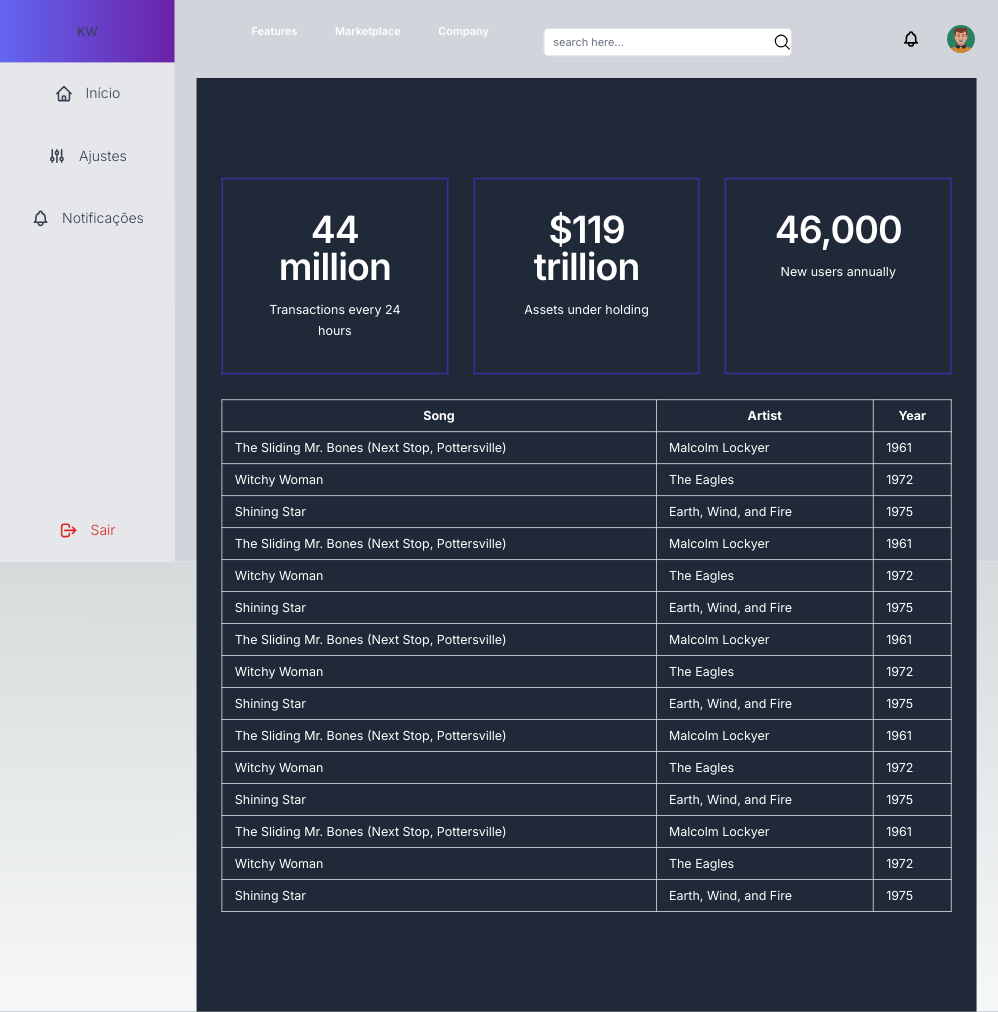
Repository: KennedyWanderson/AdminDashboard
Page: / (app in Code/admindashboard/)
The author's editor kept a copy of each file at every save. The page is drawn from the files as they stood at one save, then again after the next save.
The browser window is 1280 px wide. The pictures show the whole page, at 78% of full size.
The project was rebuilt for these pictures with package versions that can differ from the ones it lists, and the page was loaded fresh each time. The framework's server and built-in components were replaced by stand-ins that run in the browser. Also part of the build but not shown: Code/admindashboard/next.config.mjs.

Above is the page before, as saved 2024-06-23 16:15:45.

### Code/admindashboard/src/app/layout.js
import { Inter } from "next/font/google";
import "./globals.css";

const inter = Inter({ subsets: ["latin"] });

export const metadata = {
  title: "Admin Dashboard",
  description: "Generated by Kennedy Wanderson",
};

export default function RootLayout({ children }) {
  return (
    <html lang="en">
      <body className={inter.className}>{children}</body>
    </html>
  );
}

### Code/admindashboard/src/app/page.js
import Layout from "@/components/Layout";

export default function Home() {
  return (
    <Layout>
      Content
    </Layout>
  )
}

### Code/admindashboard/src/components/Layout.jsx
"use client";

import { useState } from "react";
import Content from "./Content";
import Header from "./Header";
import LateralMenu from "./LateralMenu";
import HomePage from "./Home";


export default function Layout() {
    const [activeComponent, setActiveComponent] = useState("HomePage");

    const renderActiveComponent = () => {
        switch (activeComponent) {
            case "HomePage":
                return <HomePage />;
            default:
                return <HomePage />;
        }
    };

    return (
        <div className={`flex h-screen w-screen`}>
            <LateralMenu setActiveComponent={setActiveComponent} />
            <div className={`
                flex flex-col w-full p-7
                bg-gray-300 dark:bg-gray-800
            `}>
                <Header />
                <Content>
                    {renderActiveComponent()}
                </Content>
            </div>
        </div>
    );
}

### Code/admindashboard/src/components/Content.jsx
export default function Content({ children }) {
    return (
        <div className={`
            flex flex-col mt-7
            dark:text-gray-200
        `}>
            {children}
        </div>
    );
}

### Code/admindashboard/src/components/Header.jsx
import AvatarUsuario from "./UserAvatar";
import { IconeSearch, IconeSino } from "./icons";

export default function Header({ titulo, subtitulo }) {


    return (
        <div className={`flex`}>
            <div>
                <h1 className={`
                font-black text-3xl
                text-gray-900 dark:text-gray-100
            `}>
                    {titulo}
                </h1>
                <h2 className={`
                font-light text-sm
                dark:text-gray-300
            `}>
                    {subtitulo}
                </h2>
            </div>
            <header className="flex flex-grow justify-center text-white">
                <nav className=" justify-center" aria-label="Global">

                    <div className="hidden lg:flex lg:gap-x-12">

                        <a href="#" className="text-sm font-semibold leading-6 text-white">Features</a>
                        <a href="#" className="text-sm font-semibold leading-6 text-white">Marketplace</a>
                        <a href="#" className="text-sm font-semibold leading-6 text-white">Company</a>
                    </div>


                </nav>

            </header>
            <div>
                <div className="relative mt-2 rounded-md shadow-sm">
                    <div className="pointer-events-none absolute inset-y-0 left-0 flex items-center pl-3">
                        <span className="text-gray-500 sm:text-sm">search here...</span>
                    </div>
                    <input type="text" name="search" id="search" className="block w-full rounded-md border-0 py-1.5 pl-7 pr-20 text-gray-900 ring-1 ring-inset ring-gray-300 placeholder:text-gray-400 focus:ring-2 focus:ring-inset focus:ring-indigo-600 sm:text-sm sm:leading-6" />
                    <div className="absolute inset-y-0 right-0 flex items-center">
                        {IconeSearch}
                    </div>
                </div>
            </div>

            <div className={`flex flex-grow justify-end items-center gap-8`}>

                {IconeSino}
                <AvatarUsuario />
            </div>
        </div>
    )
}

### Code/admindashboard/src/components/LateralMenu.jsx
"use client";

import MenuItem from "./ItemMenu";
import { IconeAjustes, IconeCasa, IconeSair, IconeSino } from "./icons";

export default function LateralMenu({ setActiveComponent }) {
    return (
        <aside className={`
            flex flex-col items-center
            bg-gray-200 text-gray-700
            dark:bg-gray-900
        `}>
            <div className={`
                flex flex-col items-center justify-center
                bg-gradient-to-r from-indigo-500 to-purple-800
                h-20 w-56
            `}>
                KW
            </div>
            <ul className="flex-grow">
                <MenuItem
                    texto="Início"
                    icone={IconeCasa}
                    onClick={() => setActiveComponent('HomePage')}
                />
                <MenuItem
                    texto="Ajustes"
                    icone={IconeAjustes}
                    onClick={() => setActiveComponent('Ajustes')}
                />
                <MenuItem
                    texto="Notificações"
                    icone={IconeSino}
                    onClick={() => setActiveComponent('Notificacoes')}
                />
            </ul>
            <ul>
                <MenuItem
                    texto="Sair"
                    icone={IconeSair}
                    className={`
                        text-red-600 dark:text-red-400
                        hover:bg-red-400 hover:text-white
                        dark:hover:text-white
                    `}
                />
            </ul>
        </aside>
    );
}

### Code/admindashboard/src/components/Home.jsx
export default function HomePage() {
    return (
        <div className="py-24 sm:py-32 bg-gray-800">
            <div className="mx-auto max-w-7xl px-6 lg:px-8">
                <dl className="grid grid-cols-1 gap-x-8 gap-y-16 text-center lg:grid-cols-3">
                    <div className="mx-auto flex max-w-xs flex-col w-full border-2 p-10 border-indigo-800 gap-y-4">
                        <dt className="text-base leading-7 text-white">Transactions every 24 hours</dt>
                        <dd className="order-first text-3xl font-semibold tracking-tight text-white sm:text-5xl">44 million</dd>
                    </div>
                    <div className="mx-auto flex max-w-xs flex-col w-full border-2 p-10 border-indigo-800 gap-y-4">
                        <dt className="text-base leading-7 text-white">Assets under holding</dt>
                        <dd className="order-first text-3xl font-semibold tracking-tight text-white sm:text-5xl">$119 trillion</dd>
                    </div>
                    <div className="mx-auto flex max-w-xs flex-col w-full border-2 p-10 border-indigo-800 gap-y-4">
                        <dt className="text-base leading-7 text-white">New users annually</dt>
                        <dd className="order-first text-3xl font-semibold tracking-tight text-white sm:text-5xl">46,000</dd>
                    </div>
                </dl>

                <table className="table-auto w-full mt-8 text-white">
                    <thead>
                        <tr className="">
                            <th className="px-4 py-2 border">Song</th>
                            <th className="px-4 py-2 border">Artist</th>
                            <th className="px-4 py-2 border">Year</th>
                        </tr>
                    </thead>
                    <tbody>
                        <tr className="">
                            <td className="px-4 py-2 border">The Sliding Mr. Bones (Next Stop, Pottersville)</td>
                            <td className="px-4 py-2 border">Malcolm Lockyer</td>
                            <td className="px-4 py-2 border">1961</td>
                        </tr>
                        <tr className="">
                            <td className="px-4 py-2 border">Witchy Woman</td>
                            <td className="px-4 py-2 border">The Eagles</td>
                            <td className="px-4 py-2 border">1972</td>
                        </tr>
                        <tr className="">
                            <td className="px-4 py-2 border">Shining Star</td>
                            <td className="px-4 py-2 border">Earth, Wind, and Fire</td>
                            <td className="px-4 py-2 border">1975</td>
                        </tr>
                        <tr className="">
                            <td className="px-4 py-2 border">The Sliding Mr. Bones (Next Stop, Pottersville)</td>
                            <td className="px-4 py-2 border">Malcolm Lockyer</td>
                            <td className="px-4 py-2 border">1961</td>
                        </tr>
                        <tr className="">
                            <td className="px-4 py-2 border">Witchy Woman</td>
                            <td className="px-4 py-2 border">The Eagles</td>
                            <td className="px-4 py-2 border">1972</td>
                        </tr>
                        <tr className="">
                            <td className="px-4 py-2 border">Shining Star</td>
                            <td className="px-4 py-2 border">Earth, Wind, and Fire</td>
                            <td className="px-4 py-2 border">1975</td>
                        </tr>
                        <tr className="">
                            <td className="px-4 py-2 border">The Sliding Mr. Bones (Next Stop, Pottersville)</td>
                            <td className="px-4 py-2 border">Malcolm Lockyer</td>
                            <td className="px-4 py-2 border">1961</td>
                        </tr>
                        <tr className="">
                            <td className="px-4 py-2 border">Witchy Woman</td>
                            <td className="px-4 py-2 border">The Eagles</td>
                            <td className="px-4 py-2 border">1972</td>
                        </tr>
                        <tr className="">
                            <td className="px-4 py-2 border">Shining Star</td>
                            <td className="px-4 py-2 border">Earth, Wind, and Fire</td>
                            <td className="px-4 py-2 border">1975</td>
                        </tr>
                        <tr className="">
                            <td className="px-4 py-2 border">The Sliding Mr. Bones (Next Stop, Pottersville)</td>
                            <td className="px-4 py-2 border">Malcolm Lockyer</td>
                            <td className="px-4 py-2 border">1961</td>
                        </tr>
                        <tr className="">
                            <td className="px-4 py-2 border">Witchy Woman</td>
                            <td className="px-4 py-2 border">The Eagles</td>
                            <td className="px-4 py-2 border">1972</td>
                        </tr>
                        <tr className="">
                            <td className="px-4 py-2 border">Shining Star</td>
                            <td className="px-4 py-2 border">Earth, Wind, and Fire</td>
                            <td className="px-4 py-2 border">1975</td>
                        </tr>
                        <tr className="">
                            <td className="px-4 py-2 border">The Sliding Mr. Bones (Next Stop, Pottersville)</td>
                            <td className="px-4 py-2 border">Malcolm Lockyer</td>
                            <td className="px-4 py-2 border">1961</td>
                        </tr>
                        <tr className="">
                            <td className="px-4 py-2 border">Witchy Woman</td>
                            <td className="px-4 py-2 border">The Eagles</td>
                            <td className="px-4 py-2 border">1972</td>
                        </tr>
                        <tr className="">
                            <td className="px-4 py-2 border">Shining Star</td>
                            <td className="px-4 py-2 border">Earth, Wind, and Fire</td>
                            <td className="px-4 py-2 border">1975</td>
                        </tr>

                    </tbody>
                </table>
            </div>
        </div>
    )
}

### Code/admindashboard/src/components/UserAvatar.jsx


export default function AvatarUsuario({className}) {
    return (
            <img
                src={'/images/avatar.svg'}
                alt="Avatar do Usuário"
                className={`
                    h-10 w-10 rounded-full cursor-pointer
                    ${className}
                `}
            />

    )
}

### Code/admindashboard/src/components/icons/index.jsx
// Pra mais icones acessar... https://heroicons.com/

export const IconeSearch = (
    <svg xmlns="http://www.w3.org/2000/svg" fill="none" viewBox="0 0 24 24" strokeWidth={1.5} stroke="currentColor" className="size-6">
  <path strokeLinecap="round" strokeLinejoin="round" d="m21 21-5.197-5.197m0 0A7.5 7.5 0 1 0 5.196 5.196a7.5 7.5 0 0 0 10.607 10.607Z" />
</svg>


)

export const IconeCasa = (
    <svg xmlns="http://www.w3.org/2000/svg" className="h-6 w-6" fill="none" viewBox="0 0 24 24" stroke="currentColor">
        <path strokeLinecap="round" strokeLinejoin="round" strokeWidth={2} d="M3 12l2-2m0 0l7-7 7 7M5 10v10a1 1 0 001 1h3m10-11l2 2m-2-2v10a1 1 0 01-1 1h-3m-6 0a1 1 0 001-1v-4a1 1 0 011-1h2a1 1 0 011 1v4a1 1 0 001 1m-6 0h6" />
    </svg>
)

export const IconeAjustes = (
    <svg xmlns="http://www.w3.org/2000/svg" className="h-6 w-6" fill="none" viewBox="0 0 24 24" stroke="currentColor">
        <path strokeLinecap="round" strokeLinejoin="round" strokeWidth={2} d="M12 6V4m0 2a2 2 0 100 4m0-4a2 2 0 110 4m-6 8a2 2 0 100-4m0 4a2 2 0 110-4m0 4v2m0-6V4m6 6v10m6-2a2 2 0 100-4m0 4a2 2 0 110-4m0 4v2m0-6V4" />
    </svg>
)

export const IconeSino = (
    <svg xmlns="http://www.w3.org/2000/svg" className="h-6 w-6" fill="none" viewBox="0 0 24 24" stroke="currentColor">
        <path strokeLinecap="round" strokeLinejoin="round" strokeWidth={2} d="M15 17h5l-1.405-1.405A2.032 2.032 0 0118 14.158V11a6.002 6.002 0 00-4-5.659V5a2 2 0 10-4 0v.341C7.67 6.165 6 8.388 6 11v3.159c0 .538-.214 1.055-.595 1.436L4 17h5m6 0v1a3 3 0 11-6 0v-1m6 0H9" />
    </svg>
)

export const IconeSair = (
    <svg xmlns="http://www.w3.org/2000/svg" className="h-6 w-6" fill="none" viewBox="0 0 24 24" stroke="currentColor">
        <path strokeLinecap="round" strokeLinejoin="round" strokeWidth={2} d="M17 16l4-4m0 0l-4-4m4 4H7m6 4v1a3 3 0 01-3 3H6a3 3 0 01-3-3V7a3 3 0 013-3h4a3 3 0 013 3v1" />
    </svg>
)

export const IconeSol = (tamanho = 6) => (
    <svg xmlns="http://www.w3.org/2000/svg" className={`h-${tamanho} w-${tamanho}`} fill="none" viewBox="0 0 24 24" stroke="currentColor">
        <path strokeLinecap="round" strokeLinejoin="round" strokeWidth={2} d="M12 3v1m0 16v1m9-9h-1M4 12H3m15.364 6.364l-.707-.707M6.343 6.343l-.707-.707m12.728 0l-.707.707M6.343 17.657l-.707.707M16 12a4 4 0 11-8 0 4 4 0 018 0z" />
    </svg>
)

export const IconeLua = (tamanho = 6) => (
    <svg xmlns="http://www.w3.org/2000/svg" className={`h-${tamanho} w-${tamanho}`} fill="none" viewBox="0 0 24 24" stroke="currentColor">
        <path strokeLinecap="round" strokeLinejoin="round" strokeWidth={2} d="M20.354 15.354A9 9 0 018.646 3.646 9.003 9.003 0 0012 21a9.003 9.003 0 008.354-5.646z" />
    </svg>
)

export const IconeAtencao = (tamanho = 1) => (
    <svg xmlns="http://www.w3.org/2000/svg" className={`h-${tamanho} w-${tamanho}`} fill="none" viewBox="0 0 24 24" stroke="currentColor">
        <path strokeLinecap="round" strokeLinejoin="round" strokeWidth={2} d="M12 9v2m0 4h.01m-6.938 4h13.856c1.54 0 2.502-1.667 1.732-3L13.732 4c-.77-1.333-2.694-1.333-3.464 0L3.34 16c-.77 1.333.192 3 1.732 3z" />
    </svg>
)

### Code/admindashboard/src/components/ItemMenu.jsx

export default function MenuItem({ texto, icone, url, className, onClick }) {
    function renderizarLink() {
        return (
            <div className={`
                flex justify-center items-center
                h-20 w-56 gap-4
                dark:text-gray-200
                ${className}
            `}>
                {icone}
                <span className="text-lg font-light">
                    {texto}
                </span>
            </div>
        );
    }

    return (
        <li
            onClick={onClick}
            className={`
                hover:bg-gray-100 dark:hover:bg-gray-800
                cursor-pointer
            `}
        >
            {url ? (
                <a href={url}>
                    {renderizarLink()}
                </a>
            ) : (
                renderizarLink()
            )}
        </li>
    );
}

Loaded but not shown: Code/admindashboard/src/app/globals.css (common file); Code/admindashboard/tailwind.config.js (common file)

After the next save:
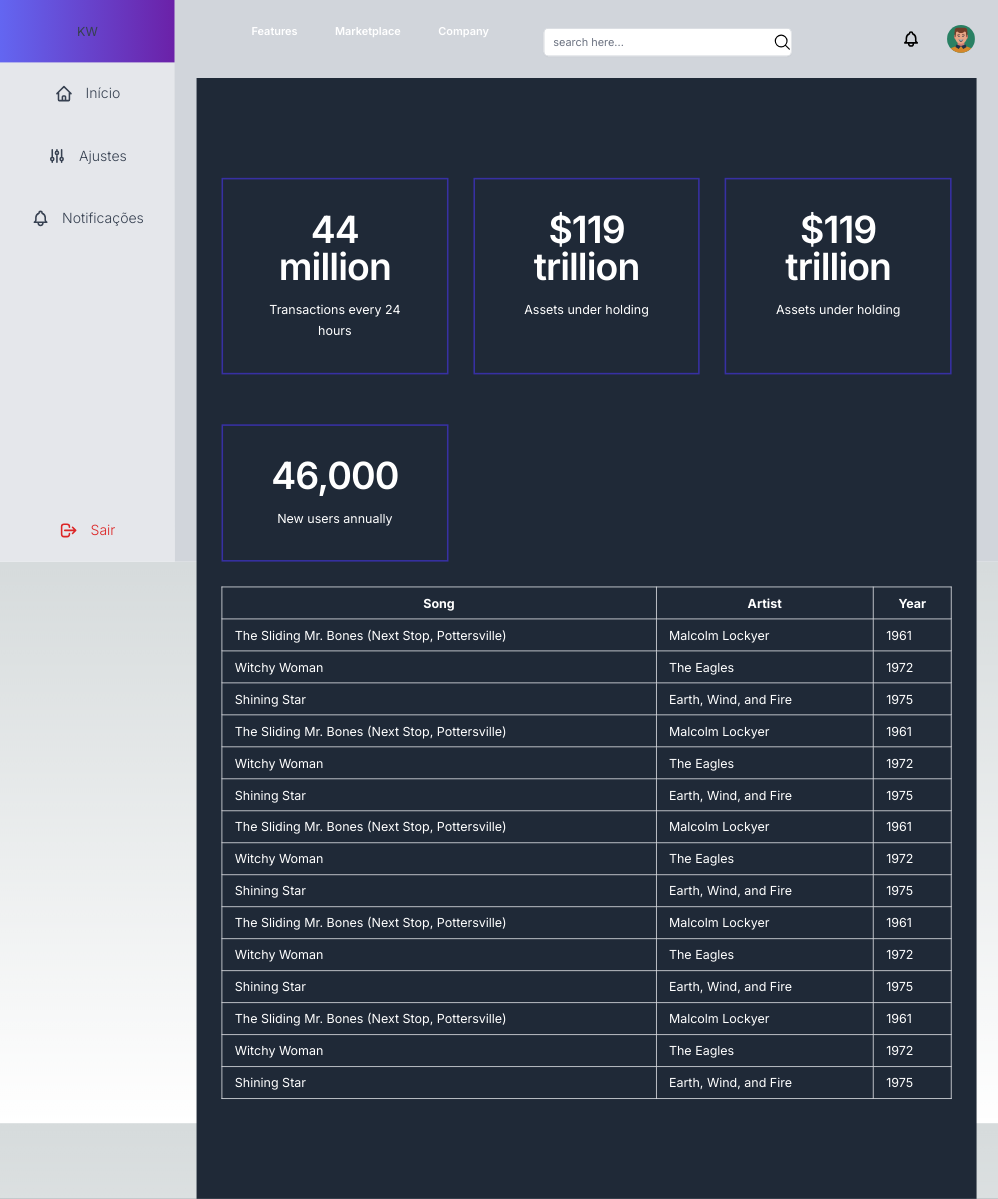
Saved 17 s later.
--- a/Code/admindashboard/src/components/Home.jsx
+++ b/Code/admindashboard/src/components/Home.jsx
@@ -6,6 +6,10 @@ export default function HomePage() {
                     <div className="mx-auto flex max-w-xs flex-col w-full border-2 p-10 border-indigo-800 gap-y-4">
                         <dt className="text-base leading-7 text-white">Transactions every 24 hours</dt>
                         <dd className="order-first text-3xl font-semibold tracking-tight text-white sm:text-5xl">44 million</dd>
+                    </div>
+                    <div className="mx-auto flex max-w-xs flex-col w-full border-2 p-10 border-indigo-800 gap-y-4">
+                        <dt className="text-base leading-7 text-white">Assets under holding</dt>
+                        <dd className="order-first text-3xl font-semibold tracking-tight text-white sm:text-5xl">$119 trillion</dd>
                     </div>
                     <div className="mx-auto flex max-w-xs flex-col w-full border-2 p-10 border-indigo-800 gap-y-4">
                         <dt className="text-base leading-7 text-white">Assets under holding</dt>
